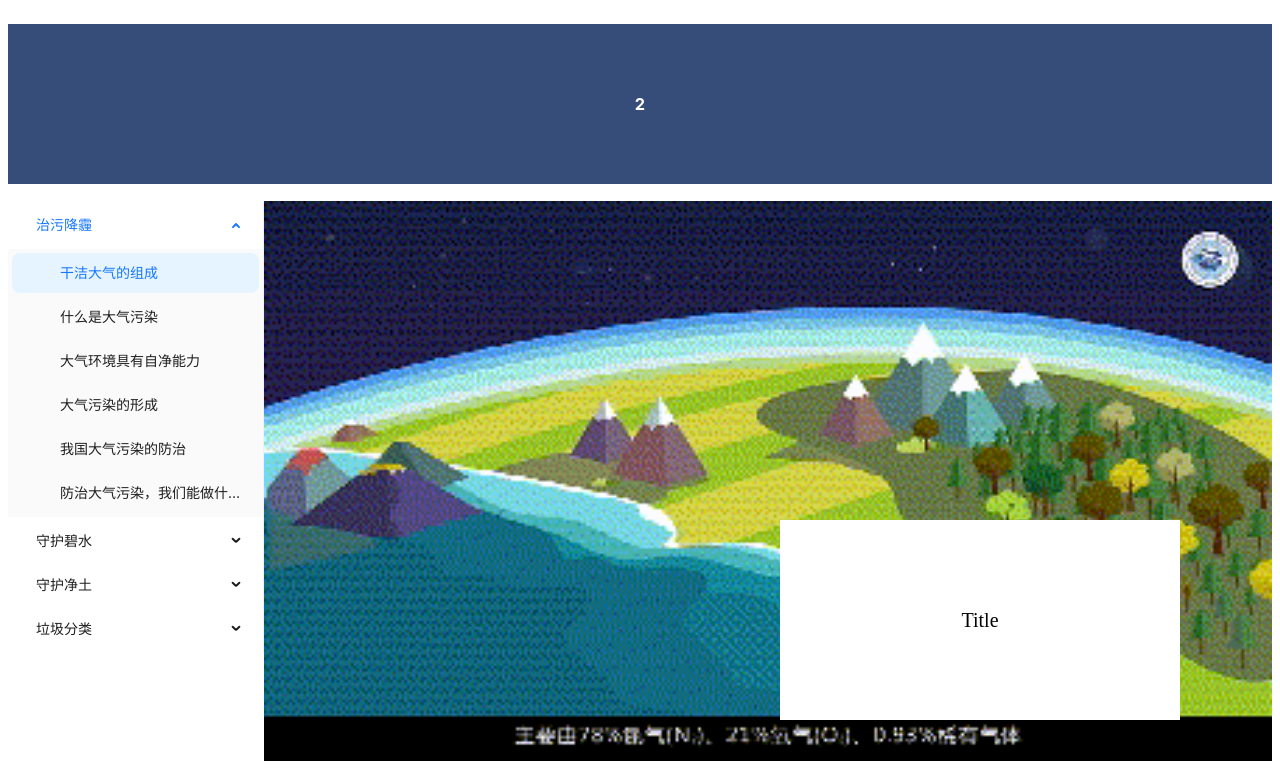
Repository: samllbin/summerWeb
Page: /
The author's editor kept a copy of each file at every save. The page is drawn from the files as they stood at one save, then again after a run of saves.
The browser window is 1280 px wide. The pictures show the whole page.
The project was rebuilt for these pictures with package versions that can differ from the ones it lists, and the page was loaded fresh each time. Also part of the build but not shown: vite.config.js, components/menu/config.js, components/content/index.module.css, components/content/index.jsx.

Above is the page before, as saved 2024-07-22 15:38:32.

After the next 2 saves:
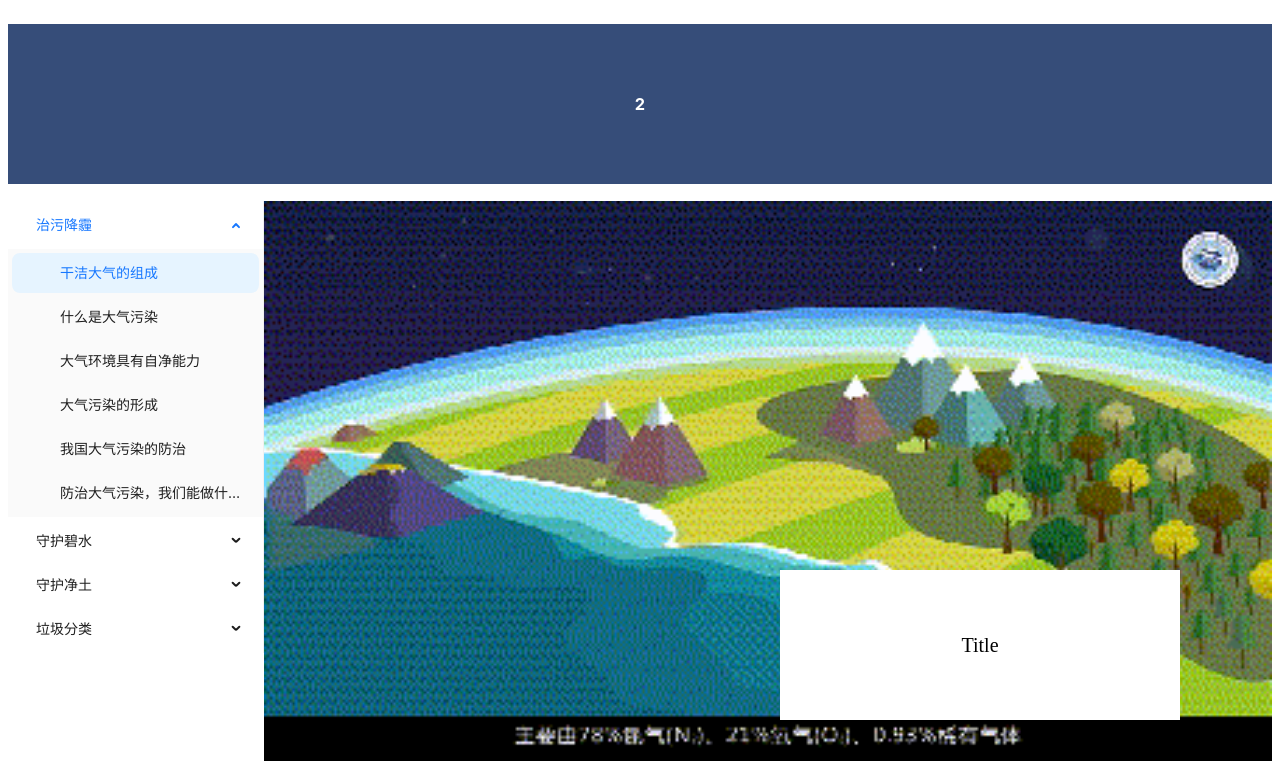
The 2 saves are shown as one change because they came seconds apart.
The last was saved 17 s later.
--- a/components/article/index.module.css
+++ b/components/article/index.module.css
@@ -19,7 +19,7 @@
   bottom: 0;
   background-color: #fff;
   width: 400px;
-  height: 200px;
+  height: 150px;
   font-size: 20px;
   font-weight: 500;
 }
